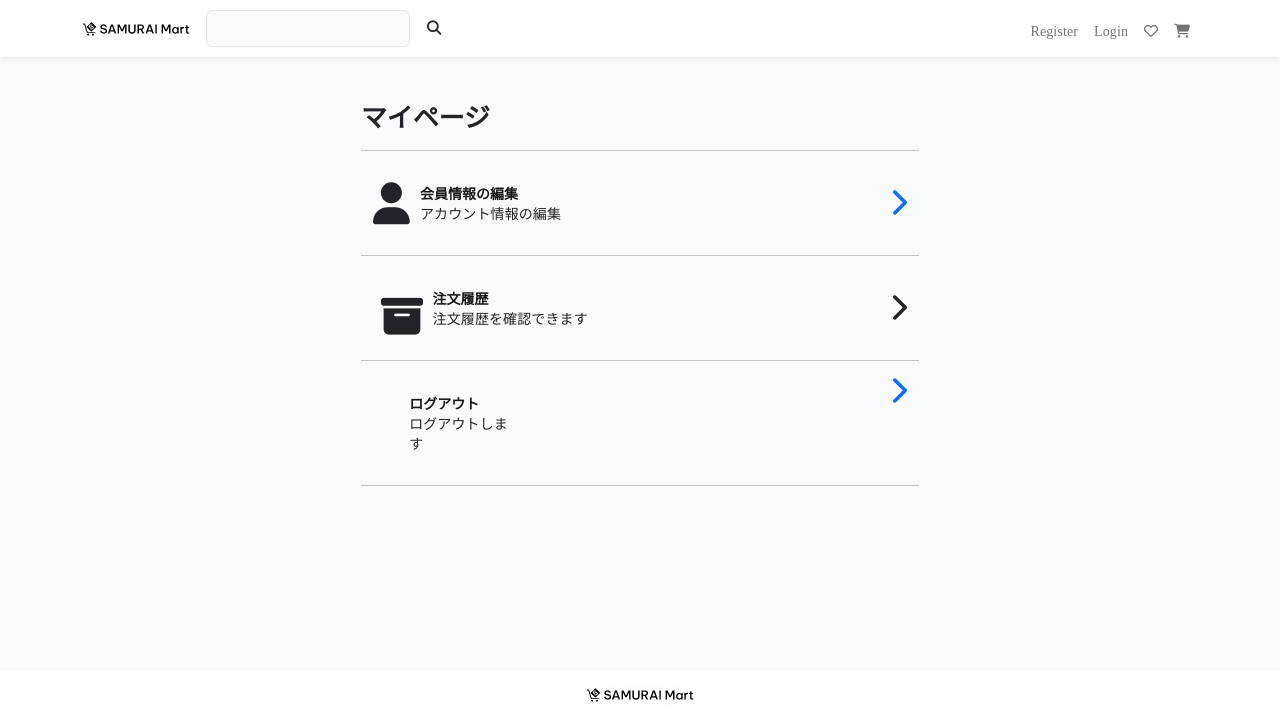
Repository: Satoshi514/laravel_samuraimart
Page: http://localhost/users/mypage
The author's editor kept a copy of each file at every save. The page is drawn from the files as they stood at one save, then again after the next save.
The browser window is 1280 px wide. The pictures show the whole page.
Some icons come from a web library that is not loaded, so they are not drawn. Some web libraries are served in a nearby version. The page is served by the project's Laravel application, run on PHP 8.4 with Laravel 9. Other server files are loaded and not shown. Style sheets and scripts are compiled from the project's sources, by tool versions that may differ from the author's.

Above is the page before, as saved 2023-06-01 21:50:45.

### routes/web.php
<?php

use Illuminate\Support\Facades\Route;
use App\Http\Controllers\ProductController;
use App\Http\Controllers\UserController;
use App\Http\Controllers\ReviewController;

/*
|--------------------------------------------------------------------------
| Web Routes
|--------------------------------------------------------------------------
|
| Here is where you can register web routes for your application. These
| routes are loaded by the RouteServiceProvider within a group which
| contains the "web" middleware group. Now create something great!
|
*/

Route::get('/', function () {
    return view('welcome');
});

Route::controller(UserController::class)->group(function () {
    Route::get('users/mypage', 'mypage')->name('mypage');
    Route::get('users/mypage/edit', 'edit')->name('mypage.edit');
    Route::put('users/mypage', 'update')->name('mypage.update');
});

Route::post('reviews', [ReviewController::class, 'store'])->name('reviews.store');

Route::get('products/{product}/favorite', [ProductController::class, 'favorite'])->name('products.favorite');
Route::resource('products', ProductController::class)->middleware(['auth', 'verified']);
Auth::routes(['verify' => true]);

Route::get('/home', [App\Http\Controllers\HomeController::class, 'index'])->name('home');

### app/Http/Controllers/Usercontroller.php
<?php

namespace App\Http\Controllers;

use App\Models\User;
use Illuminate\Support\Facades\Auth;
use Illuminate\Http\Request;

class UserController extends Controller
{
    public function mypage() {
        $user = Auth::user();

        return view('users.mypage', compact('user'));
    }

    /**
     * Show the form for editing the specified resource.
     *
     * @param  \App\Models\User  $user
     * @return \Illuminate\Http\Response
     */
    public function edit(User $user)
    {
        $user = Auth::user();

        return view('users.edit', compact('user'));
    }

    /**
     * Update the specified resource in storage.
     *
     * @param  \Illuminate\Http\Request  $request
     * @param  \App\Models\User  $user
     * @return \Illuminate\Http\Response
     */
    public function update(Request $request, User $user)
    {
        $user = Auth::user();

        $user->name = $request->input('name') ? $request->input('name') : $user->name;
        $user->email = $request->input('email') ? $request->input('email') : $user->email;
        $user->postal_code = $request->input('postal_code') ? $request->input('postal_code') : $user->postal_code;
        $user->address = $request->input('address') ? $request->input('address') : $user->address;
        $user->phone = $request->input('phone') ? $request->input('phone') : $user->phone;
        $user->update();

        return to_route('mypage');
    }
}

### resources/views/users/mypage.blade.php
@extends('layouts.app')

@section('content')
<div class="container d-flex justify-content-center mt-3">
  <div class="w-50">
    <h1>マイページ</h1>

    <hr>

    <div class="container">
      <div class="d-flex justify-content-between">
        <div class="row">
          <div class="col-2 d-flex align-items-center">
            <i class="fas fa-user fa-3x"></i>
          </div>
          <div class="col-9 d-flex align-items-center ms-2 mt-3">
            <div class="d-flex flex-column">
              <label for="user-name">会員情報の編集</label>
              <p>アカウント情報の編集</p>
            </div>
          </div>
        </div>
        <div class="d-flex align-items-center">
          <a href="{{ route('mypage.edit')}}">
            <i class="fas fa-chevron-right fa-2x"></i>
          </a>
        </div>
      </div>
    </div>

    <hr>

    <div class="container">
      <div class="d-flex justify-content-between">
        <div class="row">
          <div class="col-2 d-flex align-items-center ms-2 mt-3">
             <i class="fas fa-archive fa-3x"></i>
          </div>
          <div class="col-9 d-flex align-items-center ms-2 mt-3">
            <div class="d-flex flex-column">
               <label for="user-name">注文履歴</label>
               <p>注文履歴を確認できます</p>
            </div>
          </div>
        </div>
        <div class="d-flex align-items-center">
           <a herf="{{ route('mypage')}}">
             <i class="fas fa-chevron-right fa-2x"></i>
           </a>
         </div>
       </div>
     </div>

     <hr>

     <div class="container">
      <div class="d-flex justify-content-between">
        <div class="row">
          <div class="col-2 d-flex align-items-center">
            <i class="fas fa--sign-out-alt fa-3x"></i>
          </div>
          <div class="col-9 d-flex align-items-canter ms-2 mt-3">
            <div class="d-flex flex-column">
            <label for="user-name">ログアウト</label>
            <p>ログアウトします</p>
          </div>
        </div>
      </div>
      <div class="d-flex flex-column">
        <a href="{{ route('logout') }}" onclick="event.preventDefault(); document.getElementById('logout-form').submit();">
            <i class="fas fa-chevron-right fa-2x"></i>
        </a>

        <form id="logout-form" action"{{ route('logout') }}" method="POST" style="display: none;">
           @csrf
        </form>
      </div>
    </div>
  </div>

  <hr>
 </div>
</div>
@endsection

### resources/views/layouts/app.blade.php
<!doctype html>
<html lang="{{ str_replace('_', '-', app()->getLocale()) }}">
<head>
    <meta charset="utf-8">
    <meta name="viewport" content="width=device-width, initial-scale=1">

    <!-- CSRF Token -->
    <meta name="csrf-token" content="{{ csrf_token() }}">

    <title>{{ config('app.name', 'Laravel') }}</title>

    <!-- Fonts -->
    <link rel="dns-prefetch" href="//fonts.bunny.net">
    <link href="https://fonts.bunny.net/css?family=Nunito" rel="stylesheet">

    <!-- Scripts -->
    @vite(['resources/sass/app.scss', 'resources/js/app.js'])
     <script src="https://kit.fontawesome.com/a29041c296.js" crossorigin="anonymous"></script>
    <!-- Styles -->
    <link href="{{ asset('css/samuraimart.css') }}" rel="stylesheet">
</head>
<body>
    <div id="app">
        @component('components.header')
        @endcomponent

        <main class="py-4 mb-5">
            @yield('content')
        </main>

        @component('components.footer')
        @endcomponent
    </div>
</body>
</html>

### resources/views/components/header.blade.php
<nav class="navbar navbar-expand-md navbar-light shadow-sm samuraimart-header-container">
  <div class="container">
    <a class="navbar-brand" href="{{ url('/') }}">
      <img src="{{asset('img/logo.jpg')}}">
    </a>
    <form class="row g-1">
      <div class="col-auto">
        <input class="form-control samuraimart-header-search-input">
      </div>
      <div class="col-auto">
        <button type="submit" class="btn samuraimart-header-search-button"><i class="fas fa-search samuraimart-header-search-icon"></i></button>
      </div>
    </form>
    <button class="navbar-toggler" type="button" data-bs-toggle="collapse" data-bs-target="#navbarSupportedContent" aria-controls="navbarSupportedContent" aria-expanded="false" aria-label="{{ __('Toggle navigation') }}">
      <span class="navbar-toggler-icon"></span>
    </button>

    <div class="collpase navbar-collapse" id="navbarSupportedContent">
      <!-- Right Side Of Navbar -->
      <ul class="navbar-nav ms-auto mr-5 mt-2">
        <!-- Authentication Links -->
        @guest
        <li class="nav-item mr-5">
          <a class="nav-link" href="{{ route('register') }}">{{ __('Register') }}</a>
        </li>
        <li class="nav-item mr-5">
          <a class="nav-link" href="{{ route('login') }}">{{ __('Login') }}</a>
        </li>
        <hr>
        <li class="nav-item mr-5">
          <a class="nav-link" href="{{ route('login') }}"><i class="far fa-heart"></i></a>
        </li>
        <li class="nav-item mr-5">
          <a class="nav-link" href="{{ route('login') }}"><i class="fas fa-shopping-cart"></i></a>
        </li>
        @else
        <li class="nav-item mr-5">
          <a href="{{ route('logout') }}" onclick="event.preventDefault(); document.getElementById('logout-form').submit();">
            ログアウト
          </a>

          <form id="logout-form" action="{{ route('logout') }}" method="POST" style="display: none;">
          @csrf
          </form>
        </li>
        @endguest
      </ul>
    </div>
  </div>
</nav>

### resources/views/components/footer.blade.php
<nav class="navbar navbar-expand-md navbar-light bg-white shadow-sm fixed-bottom mt-5">
  <a class="navbar-brand mx-auto" href="{{ url('/') }}">
    <img src="{{asset('img/logo.jpg')}}" class="img-fluid">
  </a>
</nav>

### public/css/samuraimart.css
@font-face {
  font-family: YuGo;
  src: local(YuGo-Medium),
  url(/path/to/YuGo/Medium.woffz) format("woff2"),
  url(/path/to/YuGo-Medium.woff) format("woff"),
  url(/path/to/YuGo-Medium.ttf) format("truetype");
  font-weight: 500;
  font-style: normal;
  font-stretch: normal;
}

@font-face {
  font-family: YuGo;
  src: local(YuGo-Bold),
  url(/psth/to/YuGo-Bold.woff2) format("woff2"),
  url(/path/to/YuGo-Bold.woff) format("woff"),
  url(/path/to/YuGo-Bold.ttf) format("truetype");
  font-weight: bold;
  font-style: normal;
  font-stretch: normal;
}

h1 {
  font-family: YuGo;
  font-size: 26px;
  font-weight: bold;
  font-stretch: normal;
  font-style: normal;
  line-height: normal;
  letter-spacing: -0.13px;
}

h2 {
  font-family: YuGo;
  font-size: 22px;
  font-weight: bold;
  font-stretch: normal;
  font-style: normal;
  line-height: normal;
  letter-spacing: normal;
}

h3 {
  font-family: YuGo;
  font-size: 18px;
  font-weight: bold;
  font-stretch: normal;
  font-style: normal;
  line-height: normal;
  letter-spacing: 0.08px;
  }

big {
  font-family: Yugo;
  font-size: 16px;
  font-weight: 500;
  font-stretch: normal;
  font-style: normal;
  line-height: normal;
  letter-spacing: 0.08px;
}

body {
  font-family: Yugo;
  font-size: 14px;
  font-weight: 500;
  font-weight: normal;
  font-style: normal;
  line-height: normal;
  letter-spacing: 0.11px;
}

caption {
  font-family: YuGo;
  font-size: 12px;
  font-weight: 500;
  font-stretch: normal;
  font-style: normal;
  line-height: normal;
  letter-spacing: 0.08px;
}

label {
  font-family: YuGo;
  font-size: 14px;
  font-weight: bold;
  font-stretch: normal;
  font-style: normal;
  line-height: normal;
  letter-spacing: normal;
  color: #191919;
}

.samuraimart-login-input {
  border-radius: 2px;
  border: solid 1px #b2b2b2;
  background-color: #ffffff;
}

.samuraimart-check-label {
  font-family: YuGo;
  font-size: 12px;
  font-weight: 500;
  font-stretch: normal;
  font-style: normal;
  line-height: normal;
  letter-spacing: normal;
  color: #000000;
}

.samuraimart-require-input-label {
  border-radius: 1px;
  background-color: #e2001b;
}

.samuraimart-require-input-label-text {
  font-family: YuGo;
  font-size: 14px;
  font-weight: 500;
  font-stretch: normal;
  font-style: normal;
  line-height: normal;
  letter-spacing: normal;
  color: #ffffff;
}

.samuraimart-submit-button {
  font-family: YuGo;
  font-size: 14px;
  font-weight: bold;
  font-stretch: normal;
  font-style: normal;
  line-height: normal;
  letter-spacing: normal;
  color: #ffffff;
  background-color: #0fbe9f;
}

.samuraimart-login-text {
  font-family: YuGo;
  font-size: 14px;
  font-weight: bold;
  font-stretch: normal;
  font-style: normal;
  line-height: normal;
  letter-spacing: normal;
  color: #0fbe9f;
}

.samuraimart-header-container {
  box-shadow: 0 1px 1px 0 rgba(0, 0, 0, 0.1);
  background-color: #ffffff;
}

.samuraimart-header-search-input {
  border: solid 1px #e5e5e5;
}

.samuraimart-header-serch-button {
  background-color: #0fbe9f;
}

.samuraimart-header-fav-icon {
  color: #191919;
}

.samuraimart-header-shoppingcart-icon {
  color: #ffffff;
}

.samuraimart-favorite-button {
  border-radius: 2px;
  border: solid 1px #0fbe9f;
  background-color: #ffffff;
}

.text-favorite {
  color: #0fbe9f;
}

.samuraimart-sidebar-category-label {
  width: 156px;
  height: 20px;
  font-family: YuGo;
  font-size: 13px;
  font-weight: 500;
  font-stretch: normal;
  font-style: normal;
  line-height: normal;
  letter-spacing: #191919;
}

Loaded but not shown: app/Providers/AppServiceProvider.php (common file); app/Http/Controllers/Auth/ConfirmPasswordController.php (common file); app/Http/Controllers/Controller.php (common file); resources/sass/app.scss (common file); resources/sass/_variables.scss (common file)

After the next save:
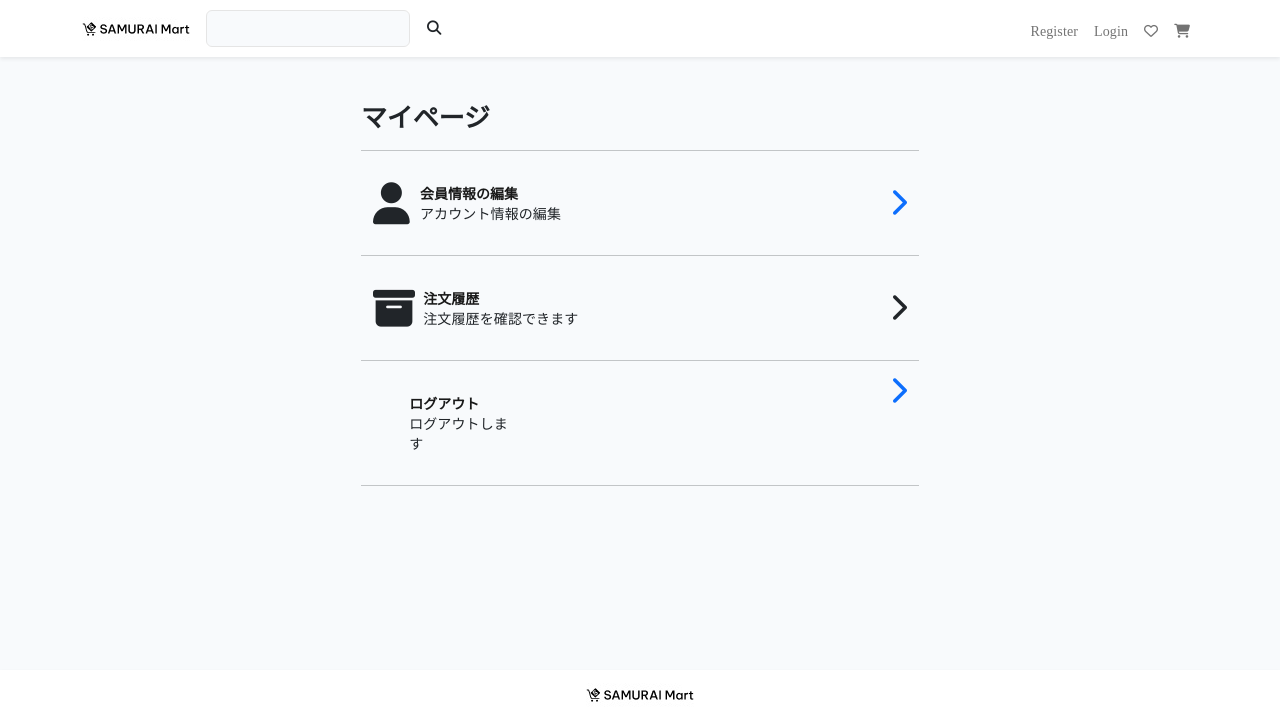
Saved 40 s later.
--- a/resources/views/users/mypage.blade.php
+++ b/resources/views/users/mypage.blade.php
@@ -33,7 +33,7 @@
     <div class="container">
       <div class="d-flex justify-content-between">
         <div class="row">
-          <div class="col-2 d-flex align-items-center ms-2 mt-3">
+          <div class="col-2 d-flex align-items-center">
              <i class="fas fa-archive fa-3x"></i>
           </div>
           <div class="col-9 d-flex align-items-center ms-2 mt-3">
